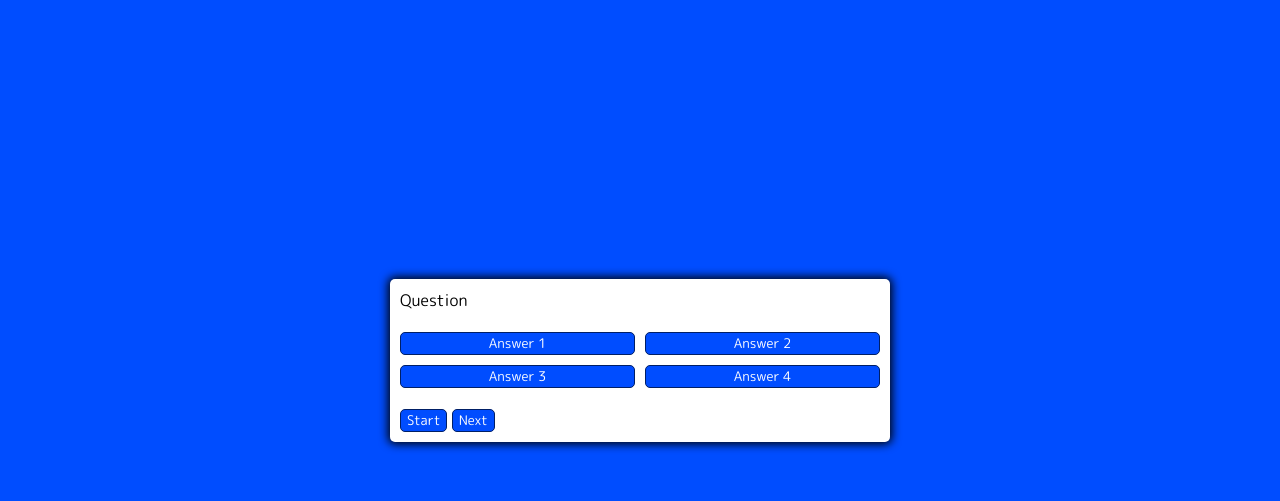
Repository: spidero7/Star-Wars_Quiz-Game
Page: index.html
These files come from the project's save history. The page is drawn as it stood at one moment and after a run of saves; the edit follows.
The browser window is 1280 px wide. The pictures show the whole page.

Above is the page before, as saved 2021-08-29 08:07:00.

After the next 4 saves:
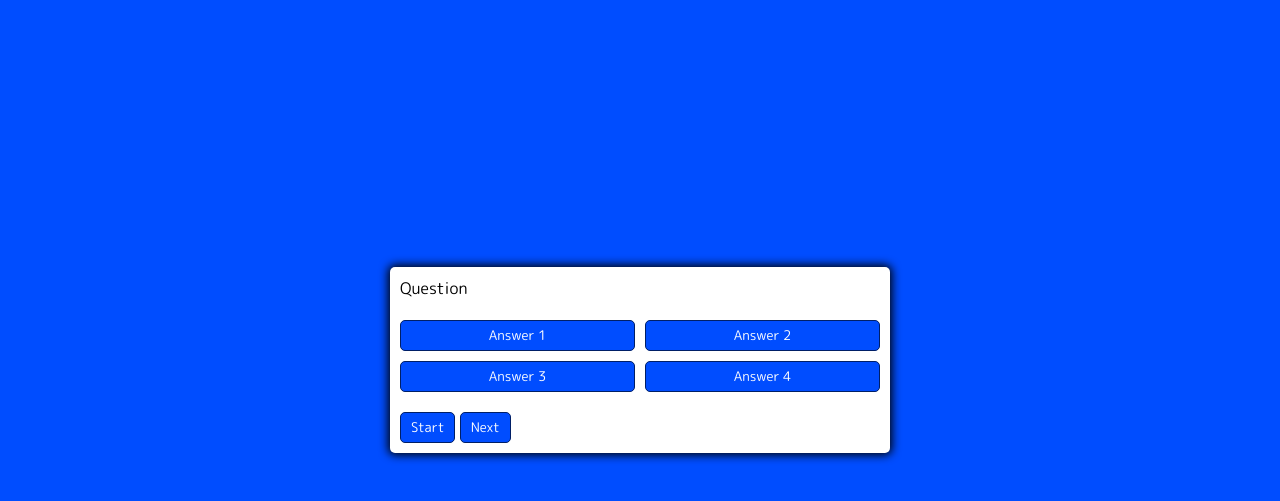
The 4 saves are shown as one change because they came seconds apart.
The last was saved 15 s later.
--- a/style.css
+++ b/style.css
@@ -51,5 +51,5 @@ body.wrong {
     border: 1px solid hsl(var(--hue), 100%, 20%);
     color: white;
     border-radius: 5px;
-
+    padding: 5px 10px;
 }
